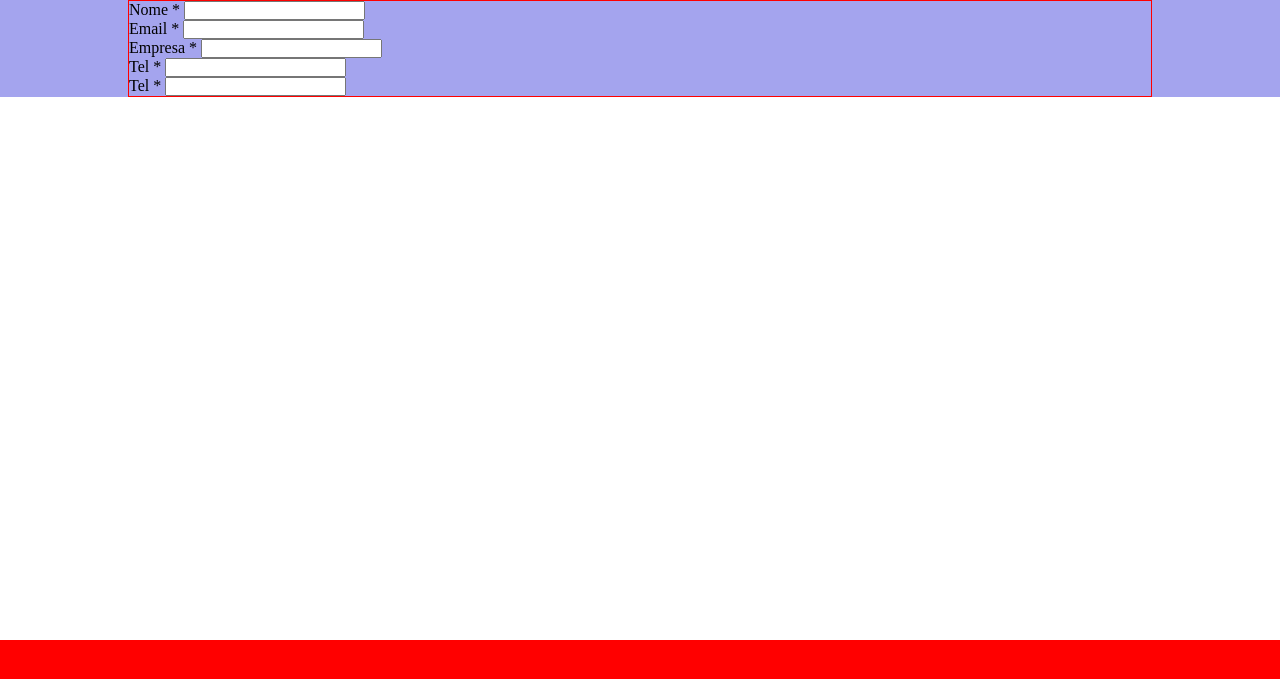
Repository: ecrseer/contatenos-html-js
Page: contatenos.html
The author's editor kept a copy of each file at every save. The page is drawn from the files as they stood at one save, then again after the next save.
The browser window is 1280 px wide. The pictures show the whole page.

Above is the page before, as saved 2021-12-27 14:30:22.

After the next save:
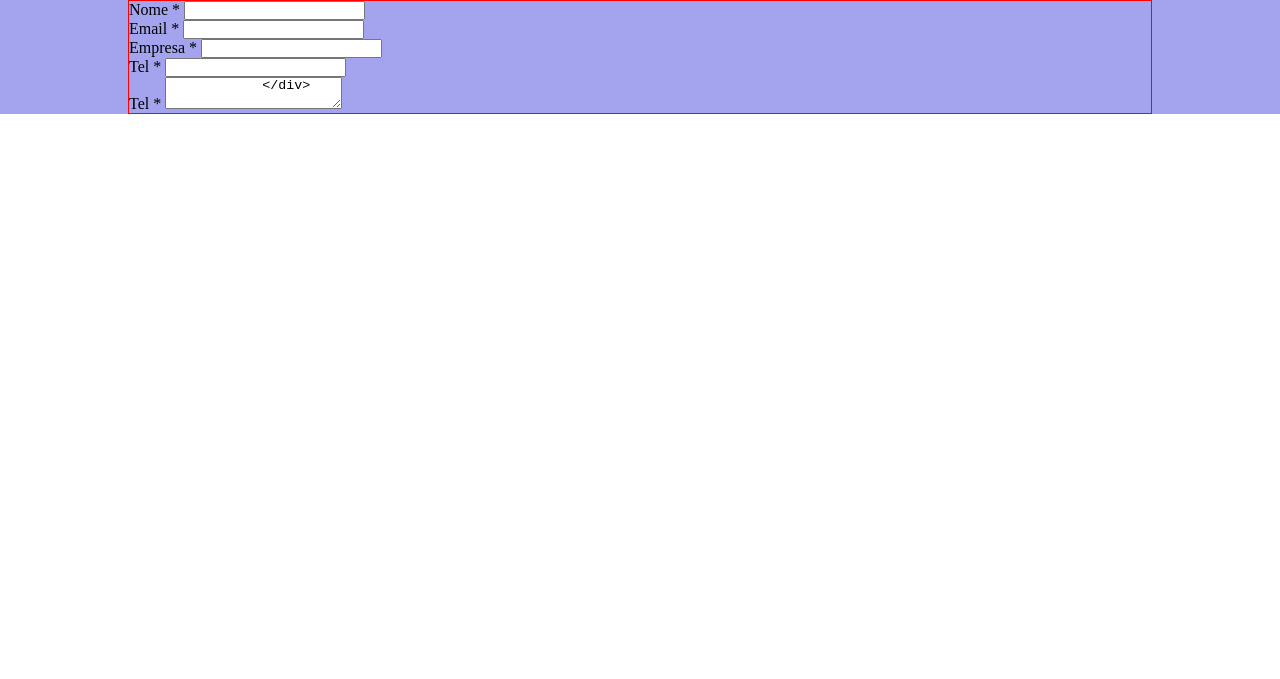
Saved 8 s later.
--- a/contatenos.html
+++ b/contatenos.html
@@ -32,7 +32,7 @@
             </div>
             <div>
                 <label for="Tel">Tel *</label>
-                <input type="text">
+                <textarea>
             </div>
 
         </form>
